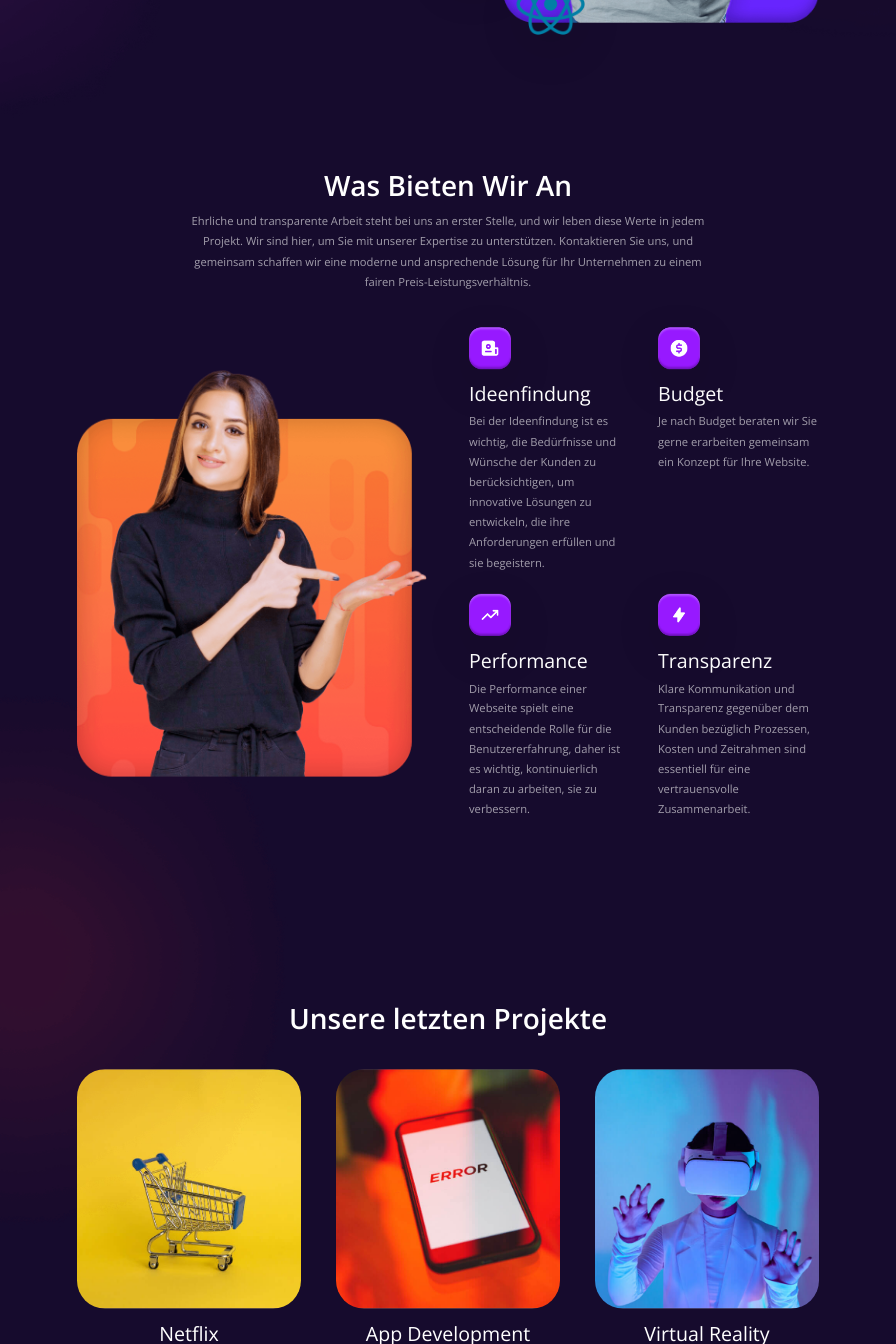
Repository: BerlinWebDev/digitalmediaportfolio
Page: http://localhost/
These files come from the project's save history. The page is drawn as it stood at one moment and after the next save; the edit follows.
The browser window is 1280 px wide. The pictures show the part of the page from y = 738 to 2658 px (the page is 3358 px tall before and 3468 px after), at 70% of full size.
The page is served by the project's Node server (server.js).

Above is the page before, as saved 2024-06-15 22:54:22.

### public/assets/css/style.css
/*-----------------------------------*\
  #style.css
\*-----------------------------------*/

/**
 * copyright 2023 codewithsadee
 */

/*-----------------------------------*\
  #CUSTOM PROPERTY
\*-----------------------------------*/

:root {
  /**
   * COLORS
   */

  /* background color */
  --bg-dark-purple: hsla(260, 62%, 11%, 1);
  --bg-russian-violet: hsla(259, 61%, 14%, 1);
  --bg-vivid-violet: hsla(273, 100%, 55%, 1);
  --bg-sunglow: hsla(43, 100%, 61%, 1);
  --bg-blue-jeans: hsla(202, 100%, 50%, 1);
  --bg-white-alpha-10: hsla(0, 0%, 100%, 0.1);

  /* text color */
  --text-white: hsla(0, 0%, 100%, 1);
  --text-black: hsla(0, 0%, 0%, 1);
  --text-sunglow: hsla(43, 100%, 61%, 1);
  --text-white-alpha-60: hsla(0, 0%, 100%, 0.6);

  /* border color */
  --border-blue-jeans: hsla(202, 100%, 50%, 1);
  --border-white-alpha-10: hsla(0, 0%, 100%, 0.1);
  --border-white-alpha-20: hsla(0, 0%, 100%, 0.2);

  /**
   * TYPOGRAPHY
   */

  /* font family */
  --fontFamily-open-sans: "Open Sans", sans-serif;

  /* font size */
  --fontSize-1: 4rem;
  --fontSize-2: 3.2rem;
  --fontSize-3: 2.4rem;
  --fontSize-4: 2rem;
  --fontSize-5: 1.8rem;
  --fontSize-6: 1.6rem;
  --fontSize-7: 1.4rem;

  /* font weight */
  --weight-regular: 400;
  --weight-medium: 500;
  --weight-semiBold: 600;
  --weight-bold: 700;

  /**
   * SPECING
   */

  --section-spacing: 100px;

  /**
   * BOX SHADOW
   */

  --shadow-1: drop-shadow(0 20px 30px hsla(0, 0%, 0%, 0.1));
  --shadow-2: drop-shadow(0 20px 30px hsla(0, 0%, 0%, 0.2));

  /**
   * BORDER RADIUS
   */

  --radius-24: 24px;
  --radius-40: 40px;
  --radius-pill: 500px;

  /**
   * TRANSITION
   */

  --transition-1: 250ms ease;
  --transition-2: 500ms ease;
  --cubic-out: cubic-bezier(0, 1, 0.5, 1);
}

/*-----------------------------------*\
  #RESET
\*-----------------------------------*/

*,
*::before,
*::after {
  margin: 0;
  padding: 0;
  box-sizing: border-box;
}

li {
  list-style: none;
}

a,
img,
span,
button,
ion-icon {
  display: block;
}

a {
  color: inherit;
  text-decoration: none;
}

img {
  height: auto;
}

input,
button {
  background: none;
  border: none;
  font: inherit;
}

input {
  width: 100%;
  outline: none;
}

button {
  cursor: pointer;
}

ion-icon {
  pointer-events: none;
}

address {
  font-style: normal;
}

html {
  font-family: var(--fontFamily-open-sans);
  font-size: 10px;
  scroll-behavior: smooth;
}

body {
  background-color: var(--bg-dark-purple);
  color: var(--text-white-alpha-60);
  font-size: var(--fontSize-6);
  line-height: 1.8;
}

body.nav-active {
  overflow: hidden;
}

/*-----------------------------------*\
  #REUSED STYLE
\*-----------------------------------*/

.container {
  padding-inline: 16px;
}

.section {
  padding-block-end: var(--section-spacing);
}

.title {
  color: var(--text-white);
  line-height: 1.1;
}

.h1 {
  font-size: var(--fontSize-1);
}

.h2 {
  font-size: var(--fontSize-2);
  font-weight: var(--weight-semiBold);
}

.h3 {
  font-size: var(--fontSize-3);
  font-weight: var(--weight-regular);
}

.btn {
  height: 62px;
  padding-inline: 50px;
  font-weight: var(--weight-semiBold);
  border-radius: var(--radius-pill);
  color: var(--text-black);
  display: grid;
  place-content: center;
  max-width: max-content;
  transition: var(--transition-1);
}

.btn-primary {
  background-color: var(--bg-sunglow);
}

.btn-primary:is(:hover, :focus-visible) {
  background-color: var(--bg-vivid-violet);
  color: var(--text-white);
}

#emailForm {
  display: flex;
  align-items: center;
  gap: 15px;
}

.w-100 {
  width: 100%;
}

.text-center {
  text-align: center;
}

.section-text {
  margin-block: 15px 50px;
}

.grid-list {
  display: grid;
  gap: 50px;
}

.img-holder {
  aspect-ratio: var(--width) / var(--height);
  background-color: var(--bg-white-alpha-10);
  overflow: hidden;
}

.img-cover {
  width: 100%;
  height: 100%;
  object-fit: cover;
  transition: var(--transition-2);
}

/*-----------------------------------*\
  #HEADER
\*-----------------------------------*/

.header .btn {
  display: none;
}

.header {
  position: absolute;
  top: 0;
  left: 0;
  width: 100%;
  padding-block: 30px;
  z-index: 4;
}

.header .container {
  display: flex;
  justify-content: space-between;
  align-items: center;
}

.header .logo img {
  width: 160px;
}

.nav-open-btn {
  color: var(--text-white);
  font-size: 3rem;
}

.nav-open-btn.active .menu-icon,
.nav-open-btn .close-icon {
  display: none;
}

.nav-open-btn .menu-icon,
.nav-open-btn.active .close-icon {
  display: block;
}

.navbar {
  position: absolute;
  top: 100%;
  right: 16px;
  background-color: var(--bg-vivid-violet);
  color: var(--text-white);
  padding: 16px 30px;
  border-radius: var(--radius-24);
  opacity: 0;
  visibility: hidden;
  transition: 500ms var(--cubic-out);
  z-index: 1;
}

.navbar.active {
  opacity: 1;
  visibility: visible;
  transform: translateY(-15px);
}

.navbar-list > li:not(:last-child) {
  margin-block-end: 5px;
}

.navbar-link {
  font-weight: var(--weight-medium);
}

.overlay {
  position: fixed;
  top: 0;
  left: 0;
  width: 100%;
  height: 100vh;
  pointer-events: none;
}

.overlay.active {
  pointer-events: all;
}

/*-----------------------------------*\
  #HERO
\*-----------------------------------*/

.hero {
  padding-block-start: 130px;
  background-image: url("../images/hero-bg.png");
  background-repeat: no-repeat;
  background-position: center;
  background-size: cover;
}

.hero .container {
  display: grid;
  gap: 30px;
}

.hero-text {
  margin-block: 25px;
}

.input-field {
  height: 62px;
  padding-inline: 30px;
  background-color: var(--bg-white-alpha-10);
  border-radius: var(--radius-pill);
  color: var(--text-white);
}

.input-field::placeholder {
  color: var(--text-white-alpha-60);
}

.input-field:focus {
  box-shadow: inset 0 0 0 1px var(--border-white-alpha-20);
}

.hero .btn {
  margin-block-start: 15px;
}

.hero-banner .w-100 {
  max-width: max-content;
}

.hero .shape {
  display: none;
}

/*-----------------------------------*\
  #PROCESS
\*-----------------------------------*/

.process-banner {
  display: none;
}

.process {
  padding-top: 30px;
  position: relative;
  z-index: 1;
}

.process::after {
  content: "";
  position: absolute;
  top: 50%;
  left: 0;
  width: 100%;
  height: 100%;
  background-image: url("../images/process-bg.png");
  background-repeat: no-repeat;
  background-position: left;
  background-size: cover;
  pointer-events: none;
  z-index: -1;
}

.process-item .item-icon {
  margin-inline: auto;
  filter: var(--shadow-1);
}

.process-item .item-title {
  margin-block: 20px 10px;
}

/*-----------------------------------*\
  #WORK
\*-----------------------------------*/
.works {
  padding-top: 113px;
}
.work-card .card-banner {
  border-radius: var(--radius-40);
  margin-block-end: 20px;
}

.work-card:is(:hover, :focus-within) .img-cover {
  transform: scale(1.1);
}

.work-card .card-title {
  margin-block-end: 12px;
  transition: var(--transition-1);
}

.work-card .card-title:is(:hover, :focus-visible) {
  color: var(--text-sunglow);
}

.works .btn {
  margin-block-start: 60px;
  margin-inline: auto;
}

/*-----------------------------------*\
  #FOOTER
\*-----------------------------------*/

.footer {
  background-color: var(--bg-russian-violet);
  color: var(--text-white);
}

.footer-top {
  padding-block-start: var(--section-spacing);
}

.footer-top .container {
  display: grid;
  gap: 50px;
}

.footer-text {
  margin-block: 15px;
}

.social-list {
  display: flex;
  align-items: center;
  gap: 20px;
  margin-block-end: 30px;
}

.social-link {
  color: var(--text-sunglow);
  font-size: 2.2rem;
}

.footer .btn {
  font-size: var(--fontSize-5);
  padding-inline: 60px;
}

.footer-list {
  display: grid;
  gap: 15px;
}

.footer-bottom {
  padding-block: 40px;
  border-block-start: 1px solid var(--border-white-alpha-10);
}

.footer-bottom .link {
  display: inline-block;
  color: var(--text-sunglow);
}

.footer-bottom-list {
  display: flex;
  justify-content: center;
  align-items: center;
  gap: 20px;
  margin-block-start: 20px;
}

/*-----------------------------------*\
  #MEDIA QUERIES
\*-----------------------------------*/

/**
 * responsive for large than 575px screen
 */

@media (min-width: 575px) {
  /**
   * REUSED STYLE
   */

  .container {
    max-width: 500px;
    width: 100%;
    margin-inline: auto;
  }

  /**
   * HEADER
   */

  .header .container {
    max-width: unset;
  }
}

/**
 * responsive for large than 768px screen
 */

@media (min-width: 768px) {
  /**
   * CUSTOM PROPERTY
   */

  :root {
    /**
     * TYPOGRAPHY
     */

    /* font-size */

    --fontSize-1: 5.5rem;
    --fontSize-2: 4rem;

    /**
     * SPACING
     */

    --section-spacing: 150px;
  }

  /**
   * REUSED STYLE
   */

  .container {
    max-width: 720px;
  }

  .section-text {
    max-width: 500px;
    margin-inline: auto;
  }

  .grid-list {
    grid-template-columns: 1fr 1fr;
  }

  .btn-secondary {
    color: var(--text-white);
    height: 52px;
    border: 2px solid var(--border-blue-jeans);
    padding-inline: 40px;
  }

  .btn-secondary:is(:hover, :focus-visible) {
    background-color: var(--bg-blue-jeans);
  }

  /**
   * HEADER
   */

  .header .btn {
    display: grid;
    margin-inline: auto 30px;
  }

  /**
   * HERO
   */

  .hero {
    padding-block: 180px;
  }

  .hero-content {
    max-width: 560px;
  }

  .hero .input-wrapper {
    display: flex;
    align-items: center;
    gap: 15px;
  }

  .hero .btn {
    margin-block-start: 0;
    min-width: max-content;
  }

  .hero-banner {
    position: relative;
    max-width: 540px;
    margin-inline: auto;
  }

  .hero .shape {
    display: block;
    position: absolute;
    filter: var(--shadow-2);
  }

  .hero .shape-1 {
    width: 13%;
    top: 350px;
    left: 80px;
  }

  .hero .shape-2 {
    width: 16%;
    top: 440px;
    left: -20px;
  }

  .hero .shape-3 {
    width: 20%;
    bottom: -20px;
    left: 80px;
  }

  /**
   * FOOTER
   */

  .footer-list {
    grid-template-columns: repeat(3, 1fr);
  }
}

/**
 * responsive for large than 992px screen
 */

@media (min-width: 992px) {
  /**
   * REUSED STYLE
   */

  .container {
    max-width: 960px;
    padding-inline: 40px;
  }

  body.nav-acitve {
    overflow: auto;
  }

  /**
   * HEADER
   */

  .nav-open-btn,
  .overlay {
    display: none;
  }

  .header .logo img {
    width: max-content;
  }

  .navbar,
  .navbar.active {
    all: unset;
    margin-inline-start: 80px;
  }

  .navbar-list {
    display: flex;
    align-items: center;
    gap: 40px;
  }

  .navbar-list > li:not(:last-child) {
    margin-block-end: 0;
  }

  .navbar-link {
    color: var(--text-white);
    transition: var(--transition-1);
  }

  .navbar-link:is(:hover, :focus-visible) {
    color: var(--text-white-alpha-60);
  }

  .header .btn {
    margin-inline-end: 0;
  }

  /**
   * HERO
   */

  .hero .container {
    grid-template-columns: 1fr 1fr;
    align-items: center;
  }

  /**
   * PROCESS
   */

  .process-banner {
    display: block;
    max-width: 540px;
    margin-inline: auto;
  }

  .process .wrapper {
    display: grid;
    grid-template-columns: 1fr 1fr;
    align-items: center;
    gap: 60px;
  }

  .process-item {
    text-align: left;
  }

  .process-item .item-icon {
    margin-inline: 0;
  }

  .process .grid-list {
    gap: 30px 40px;
  }

  /**
   * WORK
   */

  .works .grid-list {
    grid-template-columns: repeat(3, 1fr);
  }

  /**
   * FOOTER
   */

  .footer-top .container {
    grid-template-columns: 0.5fr 1fr;
  }

  .footer-bottom .container {
    display: flex;
    justify-content: space-between;
    align-items: center;
  }

  .footer-bottom-list {
    margin-block-start: 0;
    gap: 50px;
  }
}

/**
 * responsive for large than 1200px screen
 */

@media (min-width: 1200px) {
  /**
   * CUSTOM PROPERY
   */

  :root {
    /**
     * TYPOGRAPHY
     */

    /* font size */

    --fontSize-1: 7rem;
    --fontSize-3: 2.8rem;
  }

  /**
   * REUSED STYLE
   */

  .container {
    max-width: 1140px;
  }

  .section-text {
    max-width: 750px;
  }
}

/**
 * responsive for large than 1400px screen
 */

@media (min-width: 1400px) {
  /**
   * CUSTOM PROPERTY
   */

  :root {
    /**
     * TYPOGRAPHY
     */

    /* font size */

    --fontSize-1: 8rem;
  }

  /**
   * REUSED STYLE
   */

  .container {
    max-width: 1350px;
  }

  .section-text {
    margin-block-end: 60px;
  }

  /**
   * HERO
   */

  .hero-text {
    font-size: 1.8rem;
    margin-block: 40px;
  }

  /**
   * PROCESS
   */

  .process .wrapper {
    grid-template-columns: 0.7fr 1fr;
    gap: 130px;
  }

  .process-item .item-icon {
    width: 80px;
  }

  .process-item .item-title {
    margin-block: 25px 15px;
  }

  .process .grid-list {
    row-gap: 50px;
  }
}

Loaded but not shown: public/assets/images/logo.svg (16 lines, source omitted); public/assets/js/script.js (79 lines, source omitted); server.js (46 lines, source omitted); views/index.ejs (455 lines, source omitted)

After the next save:
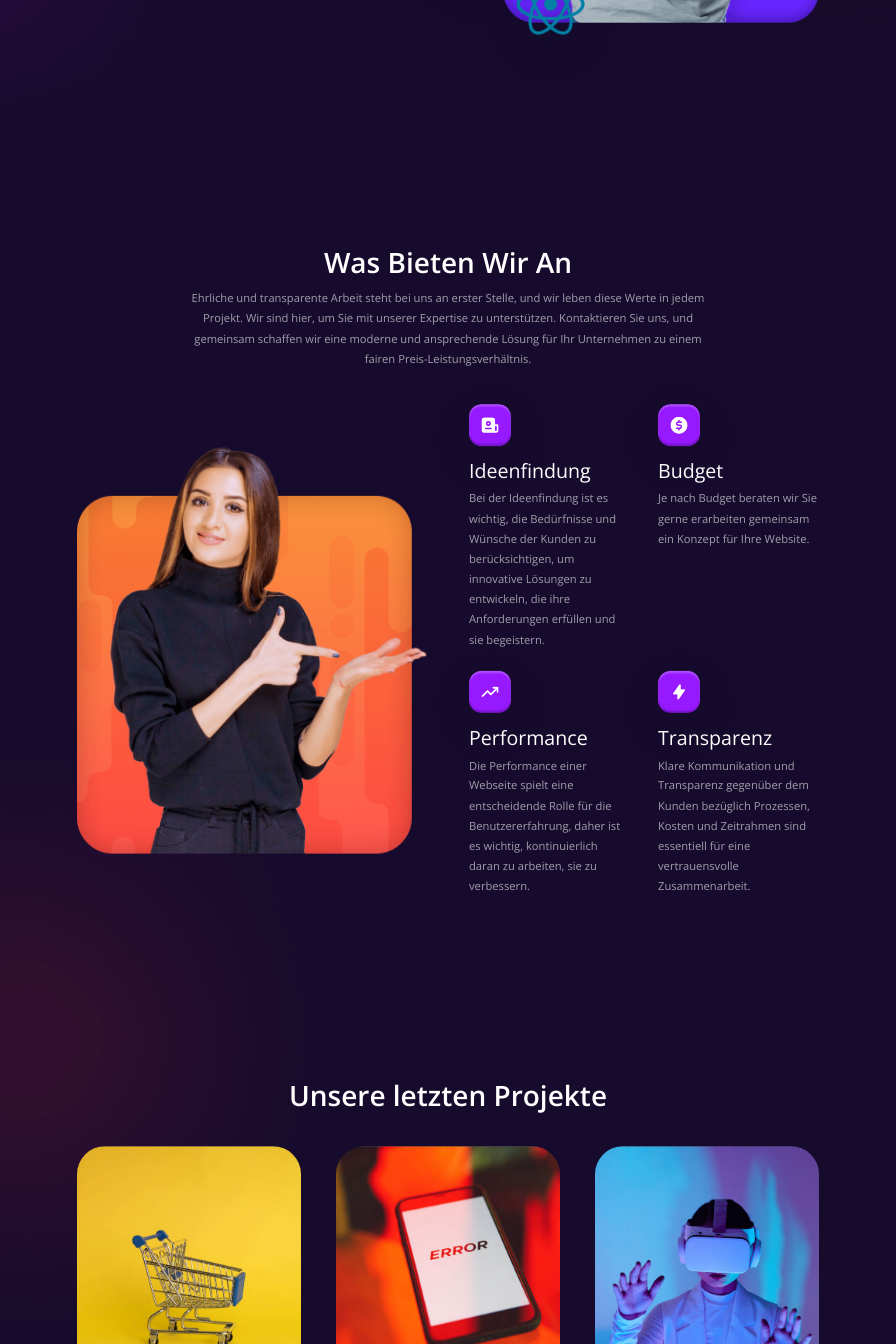
Saved 42 h 10 min later.
--- a/public/assets/css/style.css
+++ b/public/assets/css/style.css
@@ -389,7 +389,7 @@ body.nav-active {
 }
 
 .process {
-  padding-top: 30px;
+  padding-top: 140px;
   position: relative;
   z-index: 1;
 }
